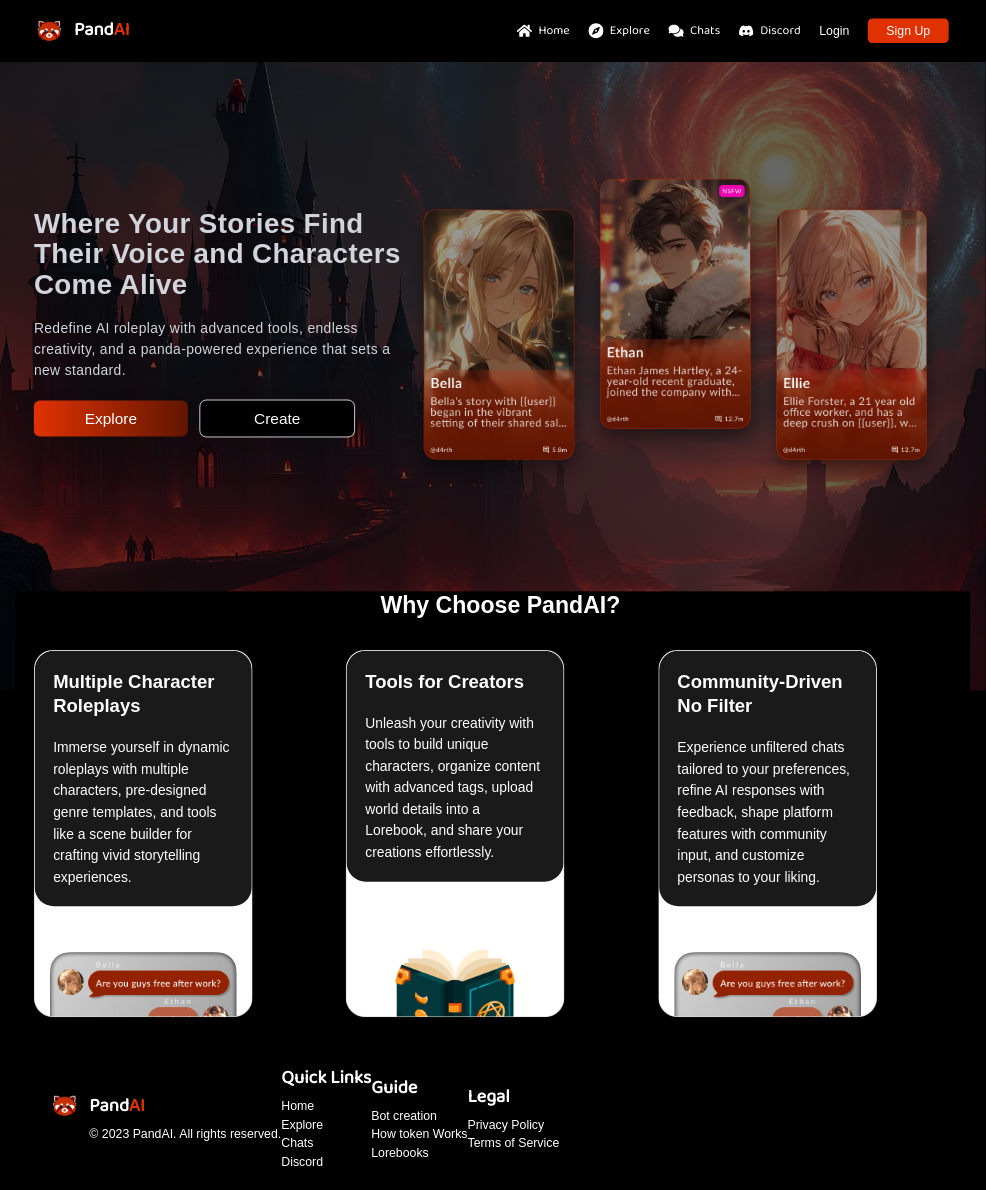
Repository: PandamoniumAI/Pandamonium
Page: /preview
The author's editor kept a copy of each file at every save. The page is drawn from the files as they stood at one save, then again after the next save.
The browser window is 1280 px wide. The pictures show the whole page, at 77% of full size.
Some web libraries are served in a nearby version. The project was rebuilt for these pictures with package versions that can differ from the ones it lists, and the page was loaded fresh each time. Also part of the build but not shown: vite.config.js, src/Utils/Utils.js, src/Components/SearchBar/SearchBar.jsx, src/Components/CSS/CharacterCard.css, src/Components/CharacterCard/CharacterCard.jsx, src/Components/CSS/CharacterCardModal.css, src/Components/CharacterCardModal/CharacterCardModal.jsx, src/Components/CSS/Tags.css and 15 more.

Above is the page before, as saved 2025-01-01 21:28:03.

After the next save:
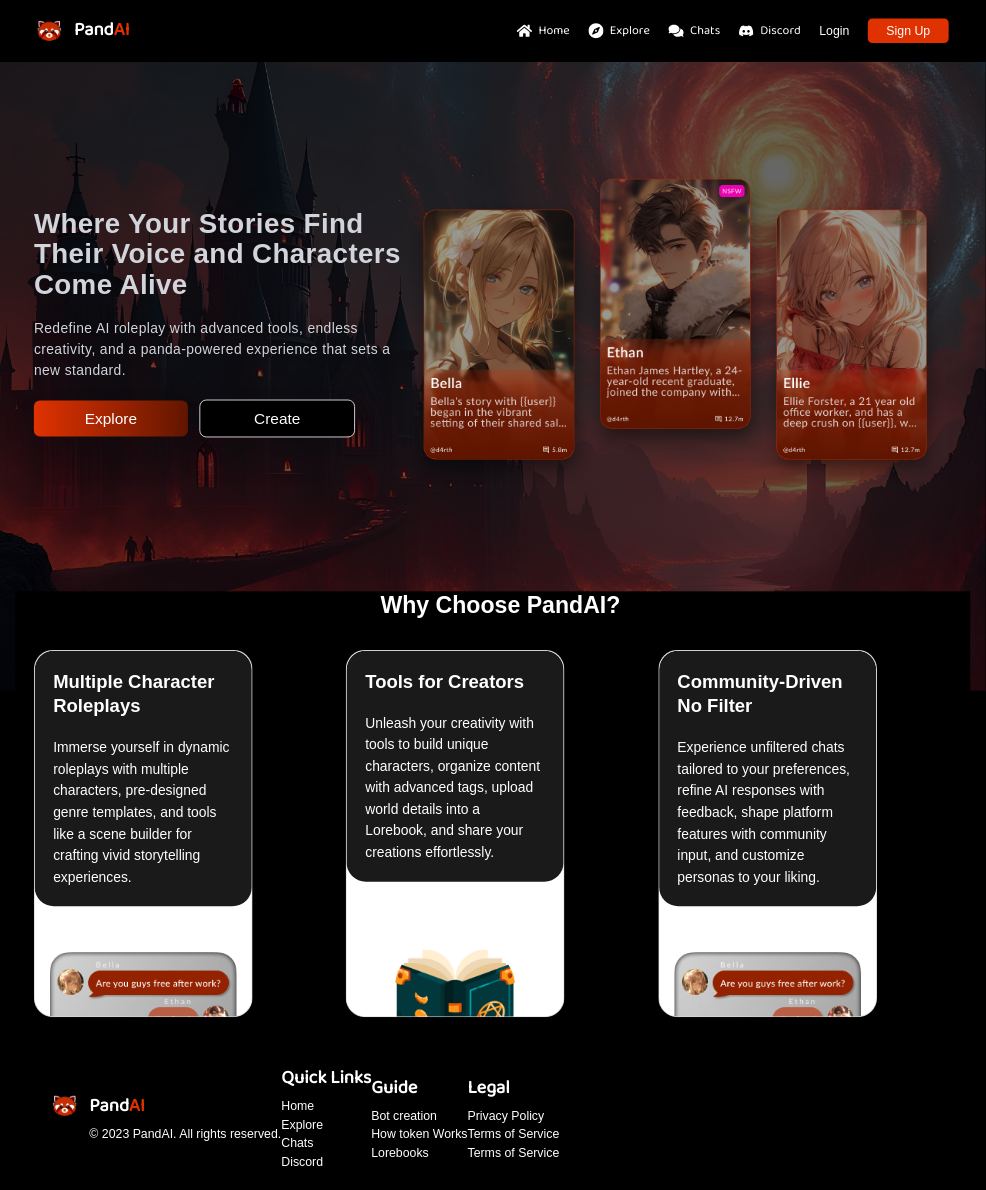
Saved 25 s later.
--- a/src/Preview/Preview.jsx
+++ b/src/Preview/Preview.jsx
@@ -218,6 +218,9 @@
                 <li className="text-white hover:text-[#E03201] transition">
                   <a href="#">Terms of Service</a>
                 </li>
+                <li className="text-white hover:text-[#E03201] transition">
+                  <a href="#">Terms of Service</a>
+                </li>
               </ul>
             </div>
           </div>
